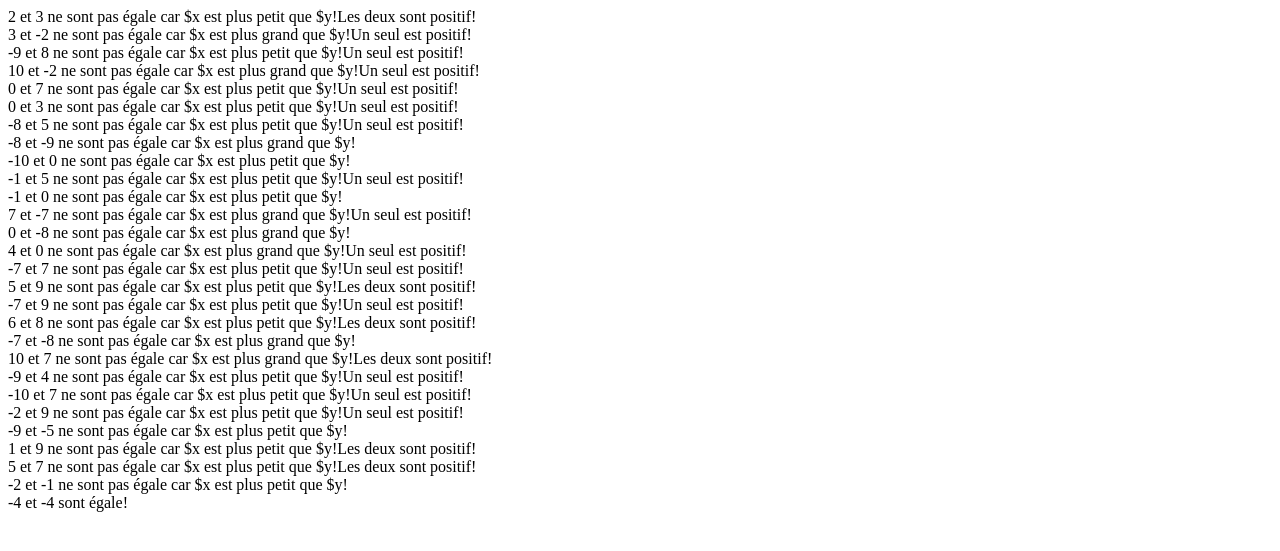
Repository: QuentinFayt/base-php-2021
Page: http://localhost/09-conditions.php
An editor plug-in stored every save of this project. The page is shown before and after the next save, followed by the edit.
The browser window is 1280 px wide. The pictures show the whole page.
The page is run by PHP 8.4 with error messages shown; the project is at /var/www/html/.

Above is the page before, as saved 2021-09-03 10:19:51.

### 09-conditions.php
<?php

do {
    $x = mt_rand(-10, 10);
    $y = mt_rand(-10, 10);
    if ($x === $y) {
        echo "$x et $y sont égale!</br>";
    } else {
        echo "$x et $y ne sont pas égale car";
        echo $x < $y ? ' $x est plus petit que $y!' : ' $x est plus grand que $y!';
        if (0 < $x && 0 < $y) {
            echo "Les deux sont positif! </br>";
        } elseif (0 < $x || 0 < $y) {
            echo "Un seul est positif! </br>";
        } else {
            echo "</br>";
        }
    }
} while ($x !== $y);

After the next save:
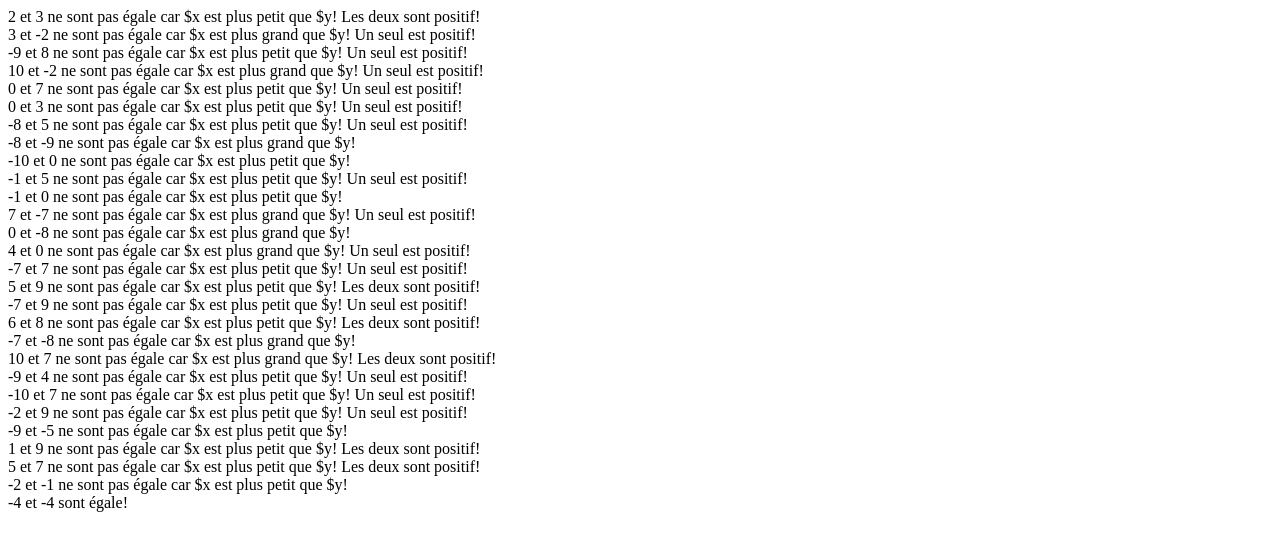
Saved 18 s later.
--- a/09-conditions.php
+++ b/09-conditions.php
@@ -7,7 +7,7 @@ do {
         echo "$x et $y sont égale!</br>";
     } else {
         echo "$x et $y ne sont pas égale car";
-        echo $x < $y ? ' $x est plus petit que $y!' : ' $x est plus grand que $y!';
+        echo $x < $y ? ' $x est plus petit que $y! ' : ' $x est plus grand que $y! ';
         if (0 < $x && 0 < $y) {
             echo "Les deux sont positif! </br>";
         } elseif (0 < $x || 0 < $y) {
